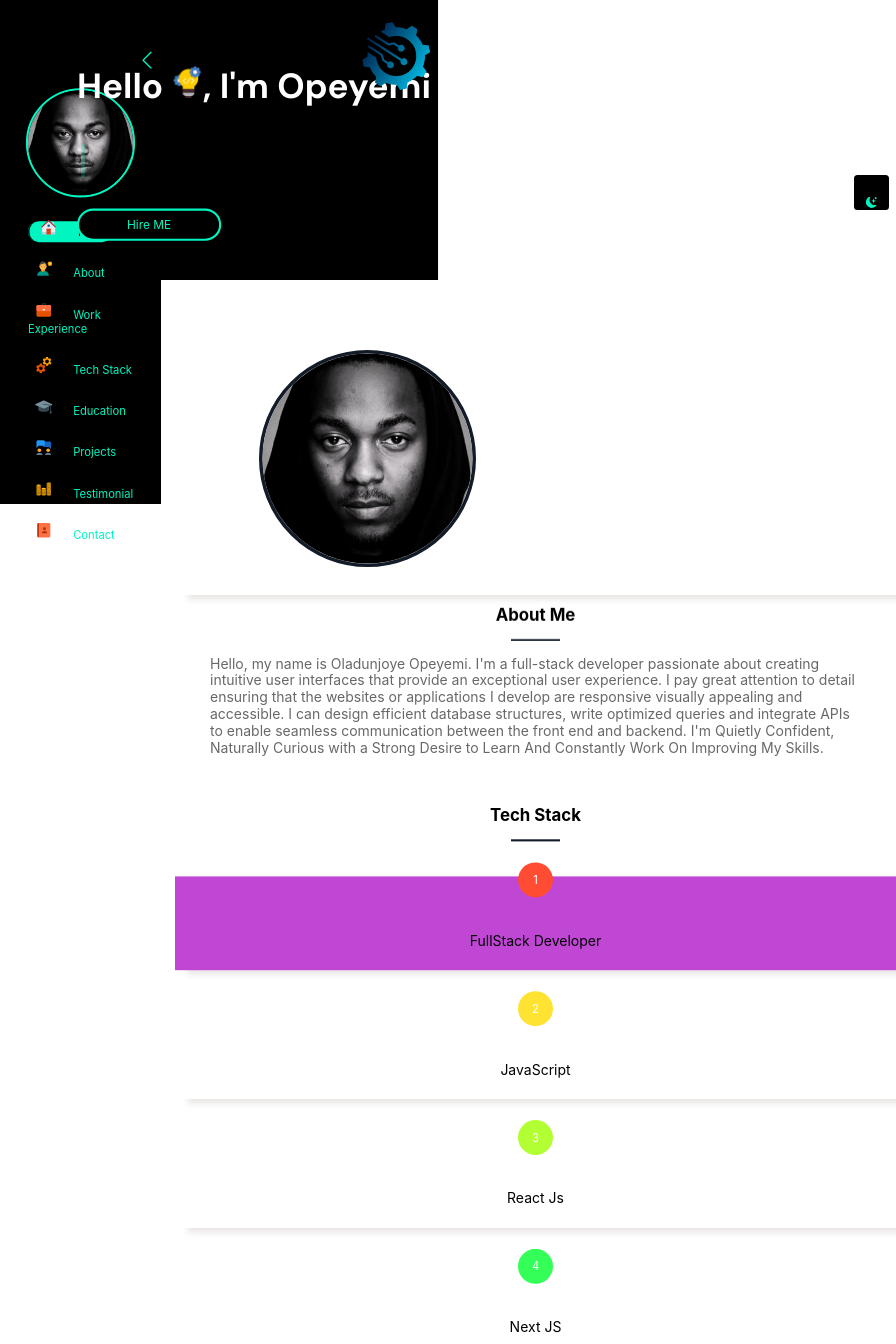
Repository: Laoye99/portfolio
Page: /
An editor plug-in stored every save of this project. The page is shown before and after the next save, followed by the edit.
The browser window is 1280 px wide. The pictures show the part of the page from y = 0 to 1920 px (the page is 2977 px tall), at 70% of full size.
The project was rebuilt for these pictures with package versions that can differ from the ones it lists, and the page was loaded fresh each time. Also part of the build but not shown: src/App.css.

Above is the page before, as saved 2024-02-15 13:16:27.

After the next save:
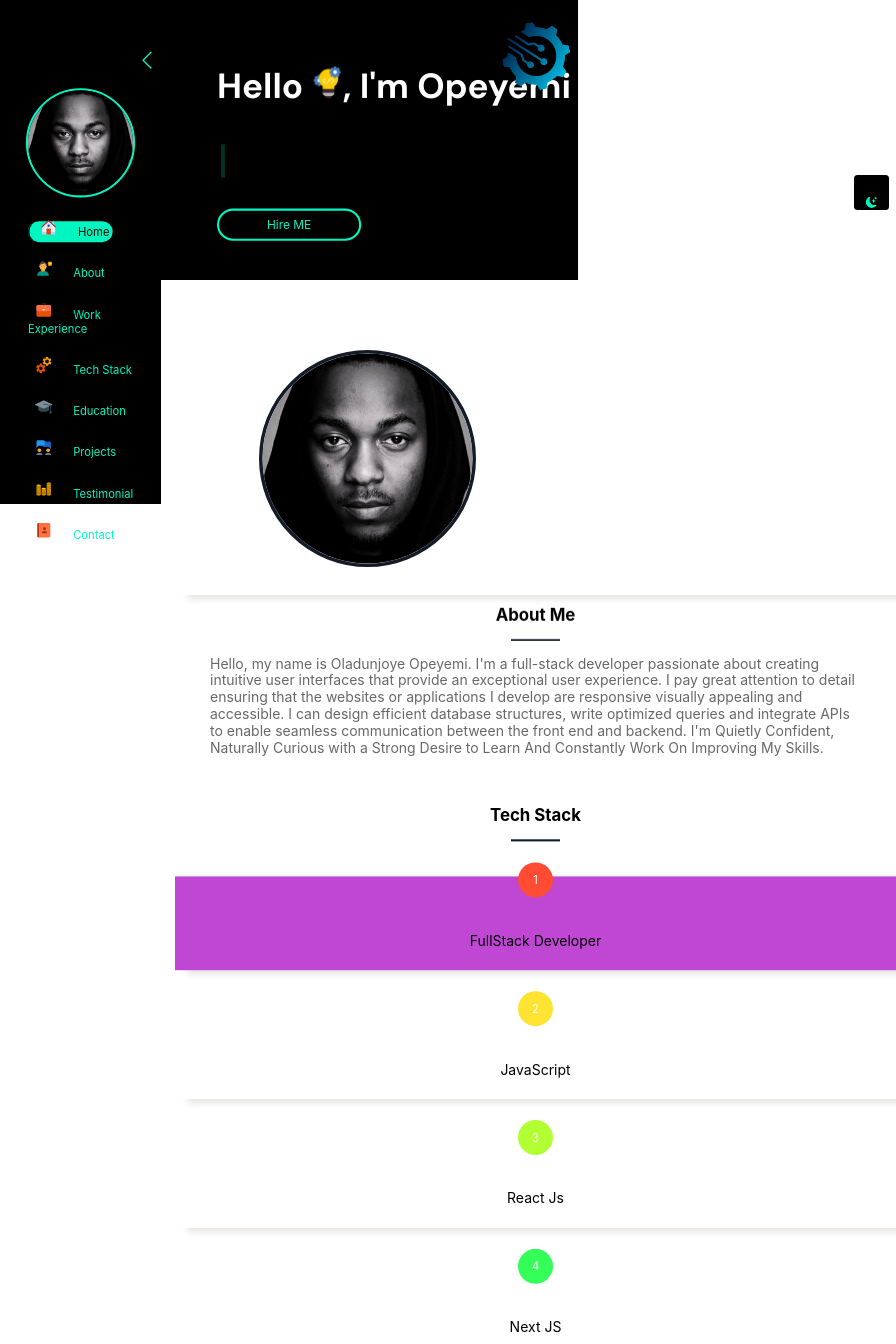
Saved 30 s later.
--- a/src/components/Home/Home.css
+++ b/src/components/Home/Home.css
@@ -10,7 +10,7 @@
 .home-content {
   padding: 10px;
   margin-top: 30px;
-  margin-left: 100px;
+  margin-left: 300px;
   position: relative;
 }
 /* rgba(189, 59, 210, 0.94) */
